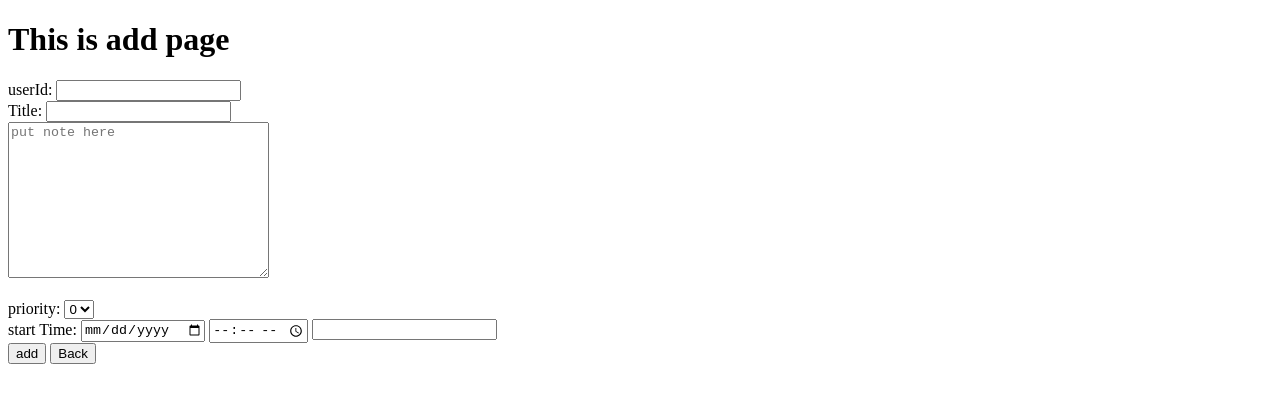
Repository: iamBoWu/CMPT370
Page: http://localhost/addevent
The author's editor kept a copy of each file at every save. The page is drawn from the files as they stood at one save, then again after the next save.
The browser window is 1280 px wide. The pictures show the whole page.
The page is this project's Thymeleaf template; nobody is signed in. The template is opened directly, without the code that normally fills it, so the values that code supplies are empty.

Above is the page before, as saved 2020-03-05 16:49:21.

After the next save:
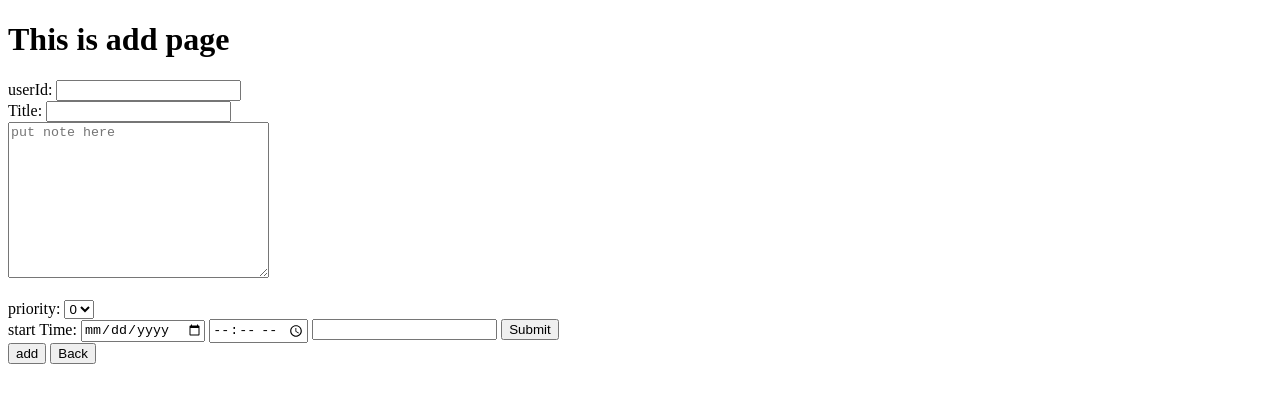
Saved 3 min 31 s later.
--- a/370ProjectBackend/370project/src/main/resources/templates/addevent.html
+++ b/370ProjectBackend/370project/src/main/resources/templates/addevent.html
@@ -55,6 +55,7 @@
 					<input type="date" id="startTime" name="startTime" required>
 					<input type="time" id="Time" name="Time" required>
 					<input type="dateTime" id="Time" name="Time" required>
+					<input type="submit" value="Submit"  onclick="submitAdd()">
 				</form>
 
                <button  onclick="submitAdd()">add</button>
